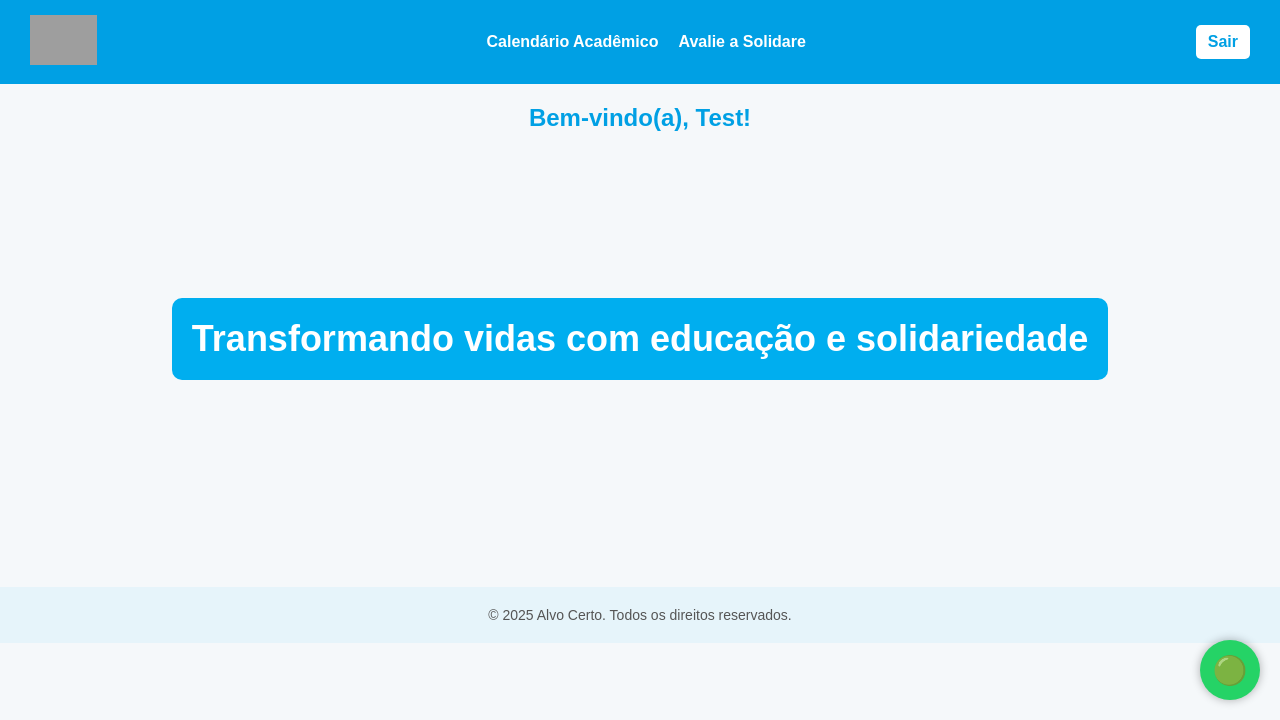
Repository: Guilherme-burle/Portal-do-Aluno-P2
Page: http://localhost/
An editor plug-in stored every save of this project. The page is shown before and after the next save, followed by the edit.
The browser window is 1280 px wide. The pictures show the whole page.
Pictures or frames that could not be fetched are drawn as grey boxes. The page is served by the project's application, run on Django 5.2 (PortaldoAluno/manage.py). A made-up administrator, testuser (Test User, test@example.com), is signed in.

Above is the page before, as saved 2025-05-16 16:57:55.

After the next save:
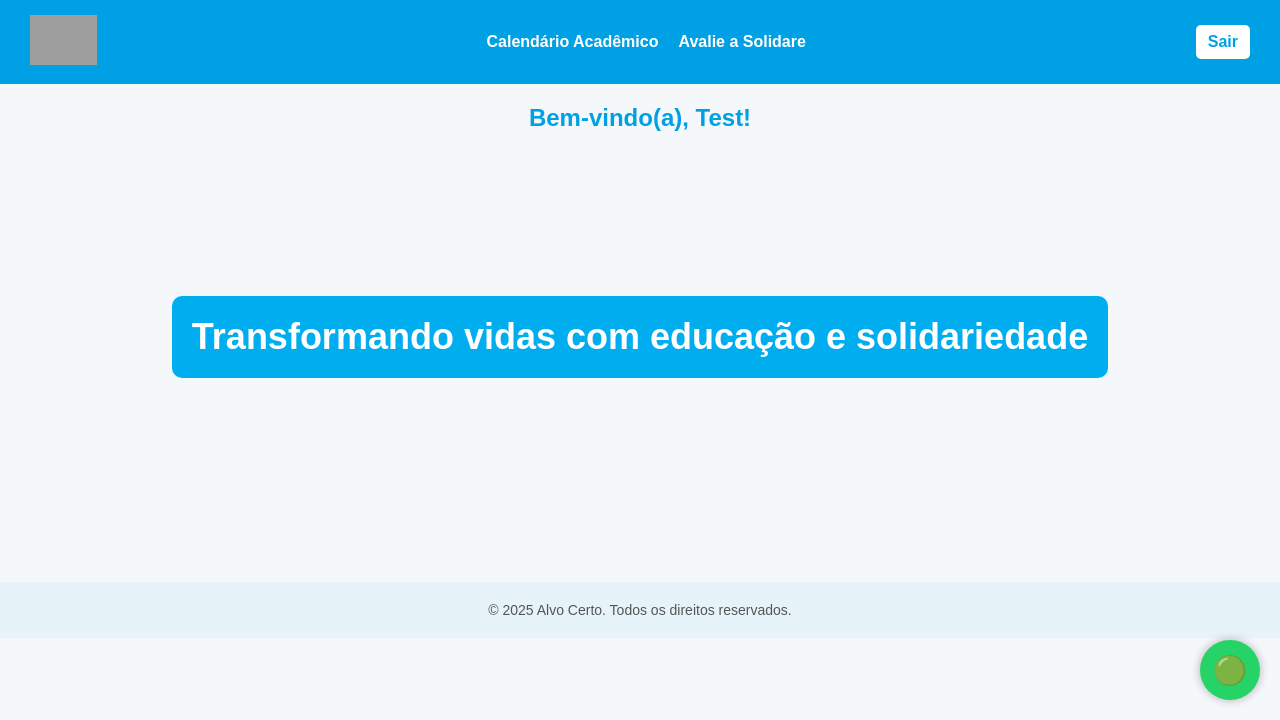
Saved 89 s later.
--- a/PortaldoAluno/Aplicativo/templates/home.html
+++ b/PortaldoAluno/Aplicativo/templates/home.html
@@ -70,7 +70,7 @@
     .banner {
       background-size: cover;
       background-position: center;
-      height: 375px;
+      height: 370px;
       display: flex;
       align-items: center;
       justify-content: center;
